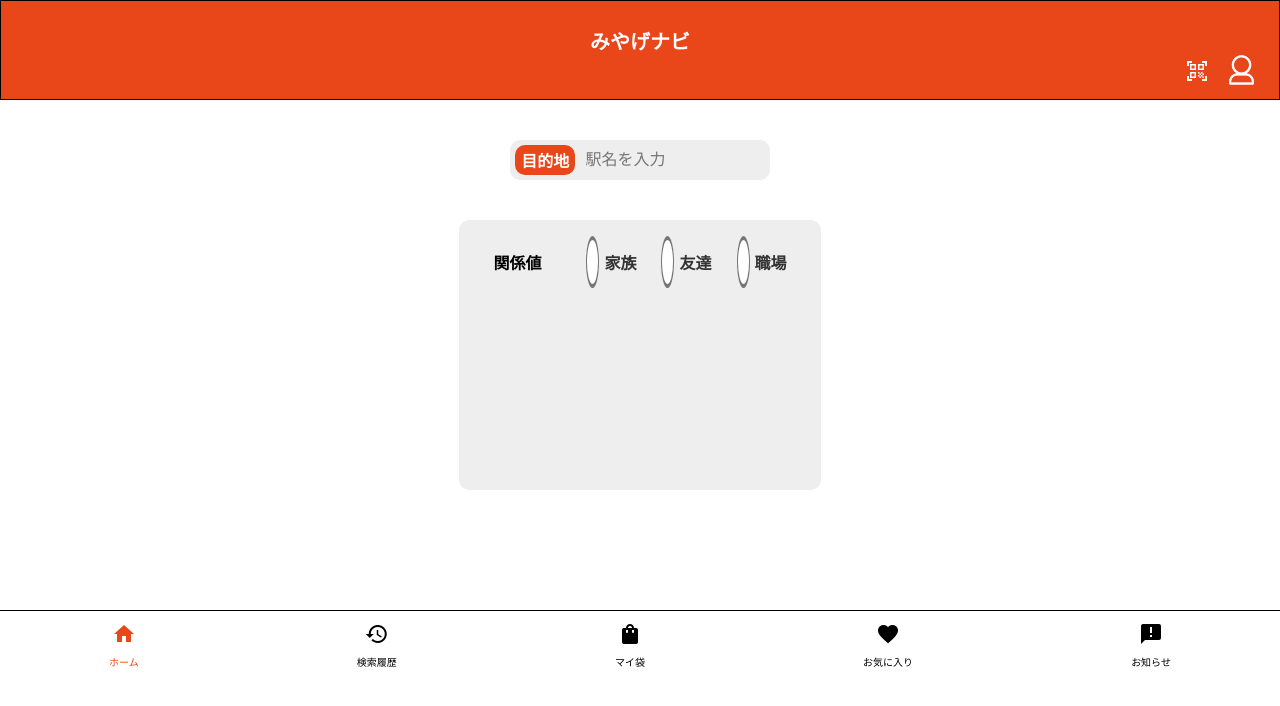
Repository: ama-ne2/miyage_nav
Page: index.html
These files come from the project's save history. The page is drawn as it stood at one moment and after the next save; the edit follows.
The browser window is 1280 px wide. The pictures show the whole page.

Above is the page before, as saved 2026-02-06 19:17:29.

After the next save:
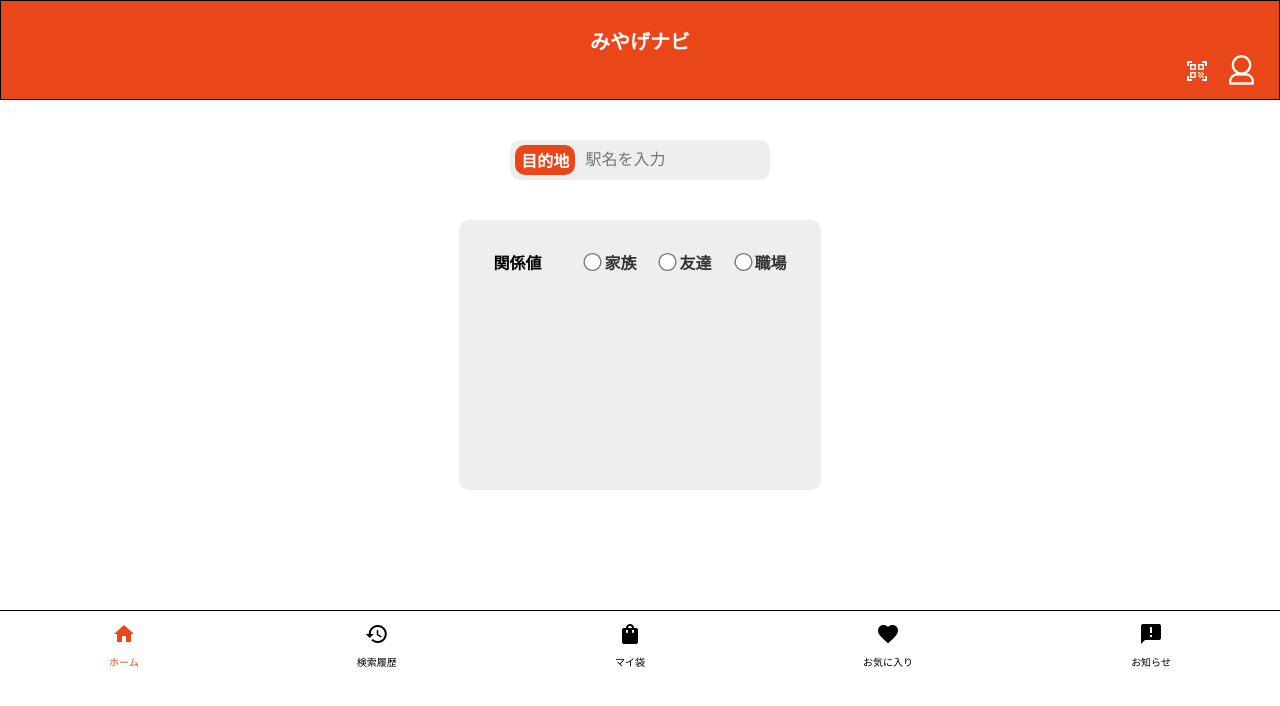
Saved 14 s later.
--- a/css/index.css
+++ b/css/index.css
@@ -50,7 +50,7 @@ main {
         }
         input[type="radio"]{
             accent-color: #E94619;
-            transform: scale(1,4);
+            transform: scale(1.4);
         }
         input[type="radio"] + label{
             transition: 0.15s;
